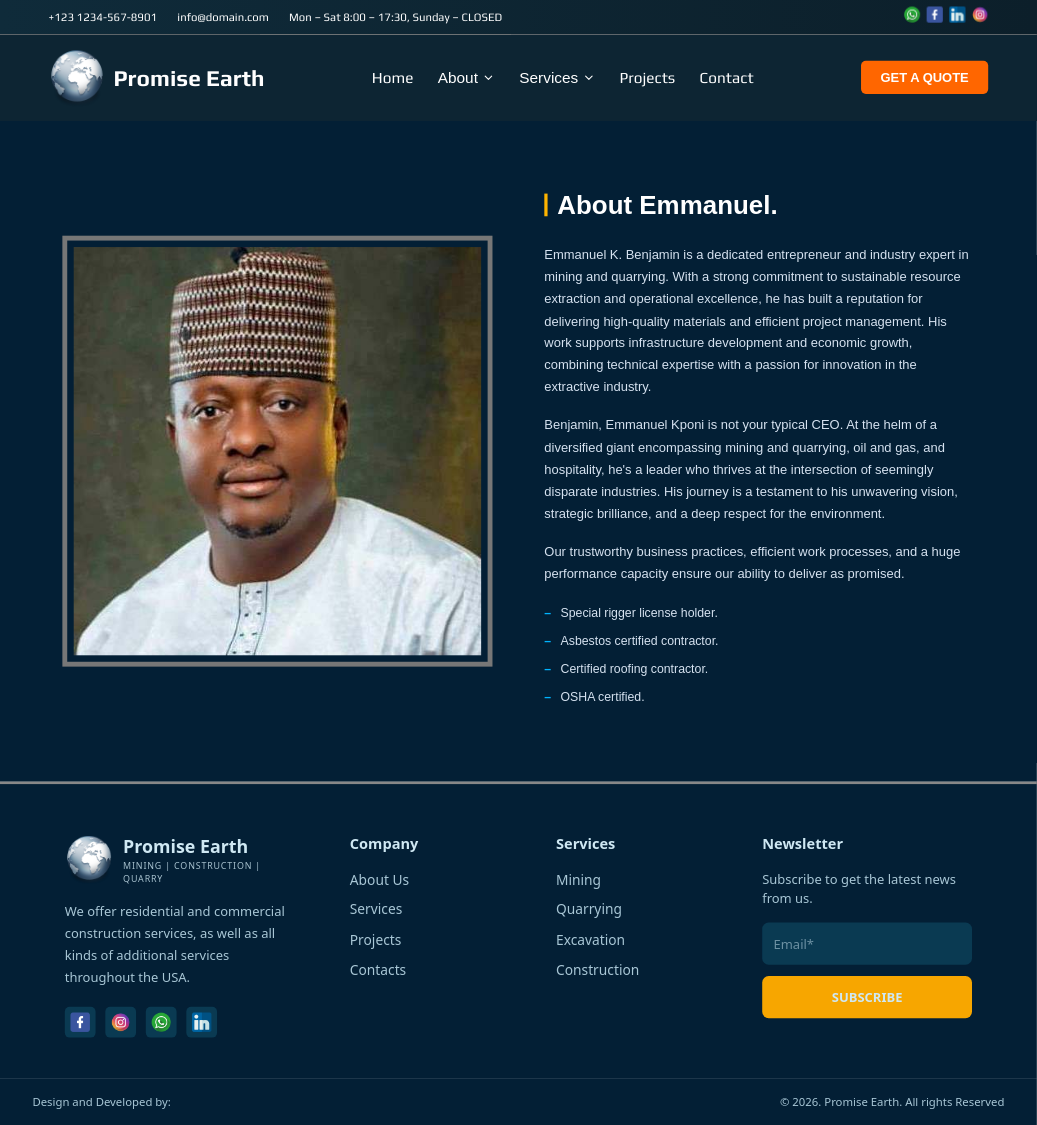
Repository: KC-Minchakpu/promise-earth
Page: /Emmanuel
The author's editor kept a copy of each file at every save. The page is drawn from the files as they stood at one save, then again after the next save.
The browser window is 1280 px wide. The pictures show the whole page, at 81% of full size.
The project was rebuilt for these pictures with package versions that can differ from the ones it lists, and the page was loaded fresh each time. The framework's server and built-in components were replaced by stand-ins that run in the browser. Also part of the build but not shown: next.config.ts.

Above is the page before, as saved 2026-02-27 13:29:33.

### src/app/layout.tsx
import type { Metadata } from "next";
import { Play, Poppins } from "next/font/google";
import "./globals.css";
import Header from "@/components/Header/Header";
import Footer from "@/components/Footer/Footer";

const play = Play({
  variable: "--font-play",
  subsets: ["latin"],
  weight: ["400", "700"],
});

const poppins = Poppins({
  variable: "--font-poppins",
  subsets: ["latin"],
  weight: ["300", "400", "500", "600", "700"],
});

export const metadata: Metadata = {
  title: "Promise Earth | Home",
  description: "Promise Earth is a construction company that delivers high-quality projects with expertise and dedication.",
};

export default function RootLayout({
  children,
}: Readonly<{
  children: React.ReactNode;
}>) {
  return (
    <html lang="en">
      <body
        className={`${play.variable} ${poppins.variable} antialiased`}
      >
        <Header />
        {children}
        <Footer />
      </body>
    </html>
  );
}

### src/app/Emmanuel/page.tsx
import AboutEmmanuel from "@/components/About/AboutEmmanuel";

export default function EmmanuelPage() {
  return (
    <>
      <AboutEmmanuel />
    </>
  );
}

### src/app/globals.css
@import "tailwindcss";

:root {
  --background: #ffffff;
  --foreground: #171717;
}


@media (prefers-color-scheme: dark) {
  :root {
    --background: #0a0a0a;
    --foreground: #ededed;
  }
}

body {
  background: var(--background);
  color: var(--foreground);
  font-family: Arial, Helvetica, sans-serif;
}

### src/components/Header/Header.tsx
"use client";

import { useState, useEffect, useRef } from "react";
import { usePathname } from "next/navigation";
import Link from "next/link";
import Image from "next/image";
import styles from "./Header.module.css";
import { ChevronDown, Menu, X } from "lucide-react";

const Header = () => {
  const pathname = usePathname();

  const [mobileOpen, setMobileOpen] = useState(false);
  const [scrolled, setScrolled] = useState(false);
  const [aboutOpen, setAboutOpen] = useState(false);
  const [servicesOpen, setServicesOpen] = useState(false);

  // FIX: correct timeout type
  const aboutTimeoutRef = useRef<ReturnType<typeof setTimeout> | null>(null);
  const servicesTimeoutRef = useRef<ReturnType<typeof setTimeout> | null>(null);

  /* Sticky Scroll */
  useEffect(() => {
    const handleScroll = () => {
      setScrolled(window.scrollY > 20);
    };

    window.addEventListener("scroll", handleScroll);
    return () => window.removeEventListener("scroll", handleScroll);
  }, []);

  const isActive = (path: string) => pathname === path;

  const socials = [
    { href: "#", src: "/icons/whatsapp.png", alt: "WhatsApp", title: "WhatsApp" },
    { href: "#", src: "/icons/facebook.png", alt: "Facebook", title: "Facebook" },
    { href: "#", src: "/icons/linkedin.png", alt: "LinkedIn", title: "LinkedIn" },
    { href: "#", src: "/icons/instagram.png", alt: "Instagram", title: "Instagram" },
  ];

  return (
    <header className={`${styles.header} ${scrolled ? styles.scrolled : ""}`}>

      {/* TOP BAR */}
      <div className={styles.topBar}>
        <div className={styles.topContainer}>

          <div className={styles.topLeft}>
            <span>+123 1234-567-8901</span>
            <span>info@domain.com</span>
            <span>Mon – Sat 8:00 – 17:30, Sunday – CLOSED</span>
          </div>

          <div className={styles.topRight}>
            {socials.map((social) => (
              <a key={social.alt} href={social.href} title={social.title}>
                <Image
                  src={social.src}
                  alt={social.alt}
                  width={20}
                  height={20}
                />
              </a>
            ))}
          </div>

        </div>
      </div>


      {/* NAVBAR */}
      <div className={styles.navbar}>
        <div className={styles.navContainer}>

          {/* LOGO */}
          <Link href="/" className={styles.logo}>
            <Image
              src="/images/globe.png"
              alt="Promise Earth Logo"
              width={70}
              height={70}
              priority
            />
            <span>Promise Earth</span>
          </Link>


          {/* NAV LINKS */}
          <nav className={`${styles.navLinks} ${mobileOpen ? styles.show : ""}`}>

            <Link href="/" className={isActive("/") ? styles.active : ""}>
              Home
            </Link>


            {/* ABOUT */}
            <div
              className={styles.dropdown}
              onMouseEnter={() => {
                if (aboutTimeoutRef.current) clearTimeout(aboutTimeoutRef.current);
                setAboutOpen(true);
              }}
              onMouseLeave={() => {
                aboutTimeoutRef.current = setTimeout(() => {
                  setAboutOpen(false);
                }, 150);
              }}
            >

              <button className={styles.dropBtn}>
                About <ChevronDown size={16} />
              </button>

              <div className={`${styles.dropdownMenu} ${aboutOpen ? styles.showDropdown : ""}`}>
                <Link href="/AboutUs">Promise Earth</Link>
                <Link href="/Emmanuel">Emmanuel K. Benjamin</Link>
                <Link href="/our-team">Our Team</Link>
              </div>

            </div>


            {/* SERVICES */}
            <div
              className={styles.dropdown}
              onMouseEnter={() => {
                if (servicesTimeoutRef.current) clearTimeout(servicesTimeoutRef.current);
                setServicesOpen(true);
              }}
              onMouseLeave={() => {
                servicesTimeoutRef.current = setTimeout(() => {
                  setServicesOpen(false);
                }, 150);
              }}
            >

              <button className={styles.dropBtn}>
                Services <ChevronDown size={16} />
              </button>

              <div className={`${styles.dropdownMenu} ${servicesOpen ? styles.showDropdown : ""}`}>
                <Link href="/mining">Mining</Link>
                <Link href="/quarry">Quarry</Link>
                <Link href="/construction">Construction</Link>
                <Link href="/excavation">Excavation</Link>
                <Link href="/sandstones">Sandstones</Link>
              </div>

            </div>


            <Link href="/projects" className={isActive("/projects") ? styles.active : ""}>
              Projects
            </Link>

            <Link href="/contact" className={isActive("/contact") ? styles.active : ""}>
              Contact
            </Link>

          </nav>


          {/* CTA */}
          <div className={styles.cta}>
            <Link href="/contact">GET A QUOTE</Link>
          </div>


          {/* MOBILE TOGGLE */}
          <div
            className={styles.mobileToggle}
            onClick={() => setMobileOpen(!mobileOpen)}
          >
            {mobileOpen ? <X size={24} /> : <Menu size={24} />}
          </div>


        </div>
      </div>

    </header>
  );
};

export default Header;

### src/components/Footer/Footer.tsx
// Footer.tsx
import styles from "./Footer.module.css";
import Link from "next/link";
import Image from "next/image";

export default function Footer() {
  return (
    <footer className={styles.footer}>
      <div className={styles.container}>
        {/* Column 1 */}
        <div className={styles.colBrand}>
          <div className={styles.logoRow}>
            <Image
            src="/images/globe.png"
            alt="Promise Earth logo"
            width={60}
            height={60}
            className={styles.logoImage}
            priority
            />
            <div>
              <div className={styles.brand}>Promise Earth</div>
              <div className={styles.subBrand}>MINING | CONSTRUCTION | QUARRY</div>
            </div>
          </div>

          <p className={styles.desc}>
            We offer residential and commercial construction services, as well
            as all kinds of additional services throughout the USA.
          </p>

          <div className={styles.socials}>
      <a
        href="https://www.facebook.com/yourpage"
        target="_blank"
        rel="noopener noreferrer"
        aria-label="Facebook"
        className={styles.social}
      >
        <Image
          src="/icons/facebook.png"
          alt="Facebook"
          width={24}
          height={24}
        />
      </a>

      <a
        href="https://www.instagram.com/yourpage"
        target="_blank"
        rel="noopener noreferrer"
        aria-label="Instagram"
        className={styles.social}
      >
        <Image
          src="/icons/instagram.png"
          alt="Instagram"
          width={24}
          height={24}
        />
      </a>

      <a
        href="https://whatsapp.com/yourpage"
        target="_blank"
        rel="noopener noreferrer"
        aria-label="WhatsApp"
        className={styles.social}
      >
        <Image
          src="/icons/whatsapp.png"
          alt="WhatsApp"
          width={24}
          height={24}
        />
      </a>

      <a
        href="https://www.linkedin.com/@yourchannel"
        target="_blank"
        rel="noopener noreferrer"
        aria-label="LinkedIn"
        className={styles.social}
      >
        <Image
          src="/icons/linkedin.png"
          alt="LinkedIn"
          width={24}
          height={24}
        />
      </a>
    </div>
        </div>

        {/* Column 2 */}
        <div className={styles.col}>
          <h4 className={styles.heading}>Company</h4>
          <ul className={styles.links}>
            <li><Link href="/sectors" className={styles.link}>About Us</Link></li>
            <li><Link href="/services" className={styles.link}>Services</Link></li>
            <li><Link href="/projects" className={styles.link}>Projects</Link></li>
            <li><Link href="/contacts" className={styles.link}>Contacts</Link></li>
          </ul>
        </div>

        {/* Column 3 */}
        <div className={styles.col}>
          <h4 className={styles.heading}>Services</h4>
          <ul className={styles.links}>
            <li><Link href="/services/project-management" className={styles.link}>Mining</Link></li>
            <li><Link href="/services/design-build" className={styles.link}>Quarrying</Link></li>
            <li><Link href="/services/remodeling" className={styles.link}>Excavation</Link></li>
            <li><Link href="/services/construction" className={styles.link}>Construction</Link></li>
          </ul>
        </div>

        {/* Column 4 */}
        <div className={styles.colNewsletter}>
          <h4 className={styles.heading}>Newsletter</h4>
          <p className={styles.newsText}>
            Subscribe to get the latest news from us.
          </p>

          <input
            type="email"
            placeholder="Email*"
            className={styles.input}
          />
          <button className={styles.button}>SUBSCRIBE</button>
        </div>
      </div>

      <div className={styles.bottomBar}>
        <span>Design and Developed by: </span>
        <span>&copy; 2026. Promise Earth. All rights Reserved</span>
      </div>
    </footer>
  );
}

### src/components/About/AboutEmmanuel.tsx
import Image from "next/image";
import styles from "./AboutEmmanuel.module.css";

const AboutEmmanuel = () => {
  return (
    <section className={styles.about}>
      <div className={styles.container}>
        {/* Image */}
        <div className={styles.imageWrapper}>
          <Image
            src="/images/team-1.jpg"
            alt="Emmanuel K. Benjamin"
            width={520}
            height={620}
            className={styles.image}
          />
        </div>

        {/* Content */}
        <div className={styles.content}>
          <h2 className={styles.heading}>
            <span className={styles.accent} /> About Emmanuel.
          </h2>

          <p>
            Emmanuel K. Benjamin is a dedicated entrepreneur and industry expert in mining and quarrying.
            With a strong commitment to sustainable resource extraction and operational excellence,
            he has built a reputation for delivering high-quality materials and efficient project
            management. His work supports infrastructure development and economic growth, combining
            technical expertise with a passion for innovation in the extractive industry.
          </p>

          <p>
            Benjamin, Emmanuel Kponi is not your typical CEO. At the helm of a diversified giant
            encompassing mining and quarrying, oil and gas, and hospitality, he&apos;s a leader who
            thrives at the intersection of seemingly disparate industries. His journey is a testament
            to his unwavering vision, strategic brilliance, and a deep respect for the environment.
          </p>

          <p>
            Our trustworthy business practices, efficient work processes, and a
            huge performance capacity ensure our ability to deliver as promised.
          </p>

          <ul className={styles.list}>
            <li>Special rigger license holder.</li>
            <li>Asbestos certified contractor.</li>
            <li>Certified roofing contractor.</li>
            <li>OSHA certified.</li>
          </ul>
        </div>
      </div>
    </section>
  );
};

export default AboutEmmanuel;

### src/components/Header/Header.module.css
.header {
  position: sticky;
  top: 0;
  z-index: 9999;
  transition: all 0.3s ease;
}

.scrolled {
  box-shadow: 0 6px 20px rgba(0, 0, 0, 0.15);
}

.topBar {
  background: linear-gradient(to right, #0f2b3a, #0c1f2a);
  color: #ffffff;
  font-size: 14px;
  font-family: "Play", sans-serif;
  border-bottom: 1px solid #888888;
}

.topContainer {
  max-width: 1200px;
  margin: auto;
  padding: 8px 20px;
  display: flex;
  justify-content: space-between;
  align-items: center;
}

.topLeft span {
  margin-right: 25px;
}

.topRight a {
  margin-left: 8px;
  display: inline-block;
}

/* NAVBAR */
.navbar {
  background: #0d2533;
  color: white;
}

.navContainer {
  max-width: 1200px;
  margin: auto;
  padding: 18px 20px;
  display: flex;
  align-items: center;
  justify-content: space-between;
}

/* LOGO */
.logo {
  display: flex;
  align-items: center;
  gap: 10px;
  font-size: 28px;
  font-weight: bold;
  font-family: "Play", sans-serif;
  text-decoration: none;
  color: white;
}

/* NAV LINKS */
.navLinks {
  display: flex;
  align-items: center;
  gap: 30px;
}

.navLinks a {
  color: white;
  text-decoration: none;
  font-size: 19px;
  font-weight: 500;
  transition: color 0.3s ease;
  font-family: "Play", sans-serif;
}

.navLinks a:hover {
  color: #ffae00;
}

.active {
  color: #ffbb00 !important;
}

/* DROPDOWN  */
.dropdown {
  position: relative;
}

.dropBtn {
  background: none;
  border: none;
  color: white;
  font-weight: 500;
  font-size: 19px;
  display: flex;
  align-items: center;
  gap: 5px;
  cursor: pointer;
  transition: color 0.3s ease;
}

.dropBtn:hover {
  color: #ffc400;
}

.dropdownMenu {
  position: absolute;
  top: 100%;
  left: 0;
  margin-top: 0;
  background: #111111;
  min-width: 250px;
  border-radius: 6px;
  box-shadow: 0 10px 25px rgba(0, 0, 0, 0.15);
  opacity: 0;
  transform: translateY(10px);
  pointer-events: none;
  transition: all 0.25s ease;
}

.showDropdown {
  opacity: 1;
  transform: translateY(0);
  pointer-events: auto;
}

.dropdownMenu a {
  display: block;
  padding: 12px 18px;
  color: #ffffff;
  text-decoration: none;
  transition: background 0.3s ease;
}

.dropdownMenu a:hover {
   color: #ffc400;
}

/* CTA  */
.cta a {
  background: #ff6600;
  padding: 12px 24px;
  border-radius: 6px;
  color: white;
  text-decoration: none;
  font-weight: bold;
  transition: all 0.3s ease;
}

.cta a:hover {
  background: #e65c00;
  transform: translateY(-2px);
}

/*  MOBILE  */
.mobileToggle {
  display: none;
  cursor: pointer;
}

@media (max-width: 992px) {
  .navLinks {
    position: absolute;
    top: 80px;
    left: 0;
    width: 100%;
    background: #0d2533;
    flex-direction: column;
    padding: 20px;
    display: none;
  }

  .show {
    display: flex;
  }

  .cta {
    display: none;
  }

  .mobileToggle {
    display: block;
  }

  .dropdownMenu {
    position: relative;
    top: 0;
    box-shadow: none;
    opacity: 1;
    transform: none;
    pointer-events: auto;
    background: #112f40;
  }

  .dropdownMenu a {
    color: white;
  }
}

### src/components/Footer/Footer.module.css
.footer {
  background: #031f35;
  color: #cfe8f3;
  padding-top: 60px;
  font-family: system-ui, -apple-system, Segoe UI, Roboto, sans-serif;
  border-top: 3px solid #888888;
}

.container {
  max-width: 1200px;
  margin: 0 auto;
  display: grid;
  grid-template-columns: 1.5fr 1fr 1fr 1.2fr;
  gap: 60px;
  padding: 0 40px 50px;
}

.logoRow {
  display: flex;
  align-items: center;
  gap: 12px;
  margin-bottom: 18px;
}

.logoIcon {
  font-size: 34px;
}

.brand {
  font-size: 22px;
  font-weight: 700;
}

.subBrand {
  font-size: 11px;
  letter-spacing: 1px;
  opacity: 0.8;
}

.desc {
  margin-top: 10px;
  line-height: 1.7;
  color: #a9c7d6;
}

.socials {
  margin-top: 22px;
  display: flex;
  gap: 12px;
}

.social {
  width: 38px;
  height: 38px;
  display: grid;
  place-items: center;
  background: #0a3a52;
  border-radius: 6px;
  cursor: pointer;
  font-size: 14px;
}

.heading {
  font-size: 18px;
  font-weight: 700;
  margin-bottom: 18px;
}

.links {
  list-style: none;
  font-family: "Play" sans-serif;
  font-size: 17px;
  padding: 0;
  margin: 0;
  display: grid;
  gap: 12px;
  color: #a9c7d6;
}
 .links :hover {
    color: #f7a600;
    text-decoration: underline;
 }

.colNewsletter {
  display: flex;
  flex-direction: column;
}

.newsText {
  color: #a9c7d6;
  margin-bottom: 18px;
}

.input {
  background: #0a3a52;
  border: none;
  padding: 14px;
  border-radius: 8px;
  color: #cfe8f3;
  margin-bottom: 14px;
}

.button {
  background: #f7a600;
  border: none;
  padding: 14px;
  border-radius: 8px;
  font-weight: 700;
  cursor: pointer;
}

.bottomBar {
  border-top: 1px solid rgba(255,255,255,0.1);
  display: flex;
  justify-content: space-between;
  padding: 18px 40px;
  color: #a9c7d6;
  font-size: 14px;
}

### src/components/About/AboutEmmanuel.module.css
.about {
  background: #031f35;
  padding: 5rem 6%;
}

.container {
  display: grid;
  grid-template-columns: 1fr 1fr;
  gap: 4rem;
  align-items: center;
}

.imageWrapper {
  border: 6px solid #777777;
  padding: 0.5rem;
}

.image {
  width: 100%;
  height: auto;
  display: block;
}

.content {
  color: #d6e2f0;
}

.heading {
  display: flex;
  align-items: center;
  font-size: 2rem;
  font-weight: 800;
  color: #ffffff;
  margin-bottom: 1.5rem;
}

.accent {
  width: 4px;
  height: 28px;
  background-color: #ffb400;
  margin-right: 0.75rem;
}

.content p {
  line-height: 1.7;
  margin-bottom: 1.25rem;
  font-size: 1rem;
}

.list {
  margin-top: 1.5rem;
  list-style: none;
  padding: 0;
}

.list li {
  position: relative;
  padding-left: 1.25rem;
  margin-bottom: 0.75rem;
  font-size: 0.95rem;
}

.list li::before {
  content: "–";
  position: absolute;
  left: 0;
  color: #00b4ff;
  font-weight: 700;
}

/* Responsive */
@media (max-width: 900px) {
  .container {
    grid-template-columns: 1fr;
  }

  .imageWrapper {
    max-width: 500px;
    margin: 0 auto;
  }
}

After the next save:
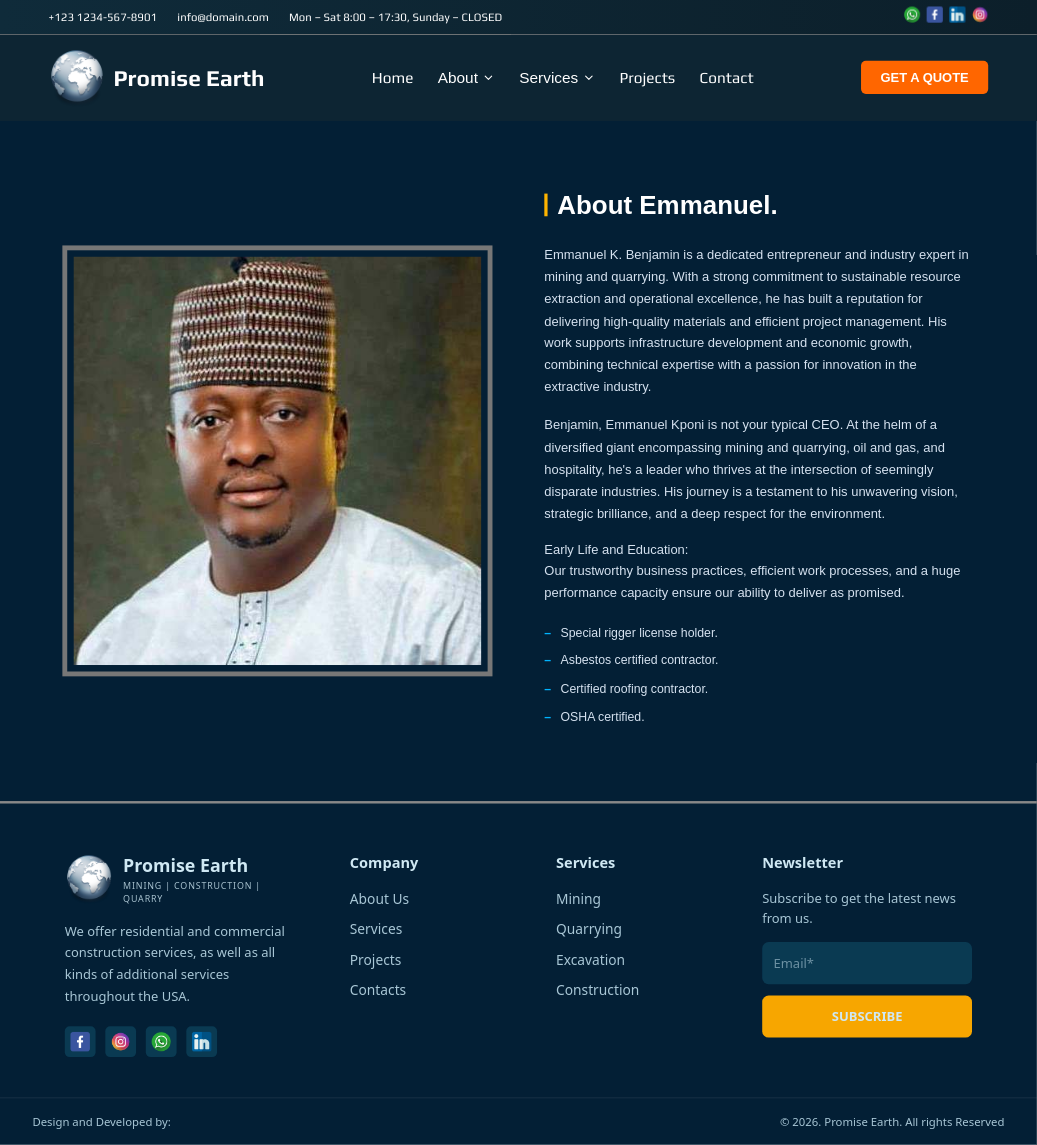
Saved 47 s later.
--- a/src/components/About/AboutEmmanuel.tsx
+++ b/src/components/About/AboutEmmanuel.tsx
@@ -36,6 +36,7 @@ const AboutEmmanuel = () => {
             thrives at the intersection of seemingly disparate industries. His journey is a testament
             to his unwavering vision, strategic brilliance, and a deep respect for the environment.
           </p>
+          <h2>Early Life and Education:</h2>
 
           <p>
             Our trustworthy business practices, efficient work processes, and a
